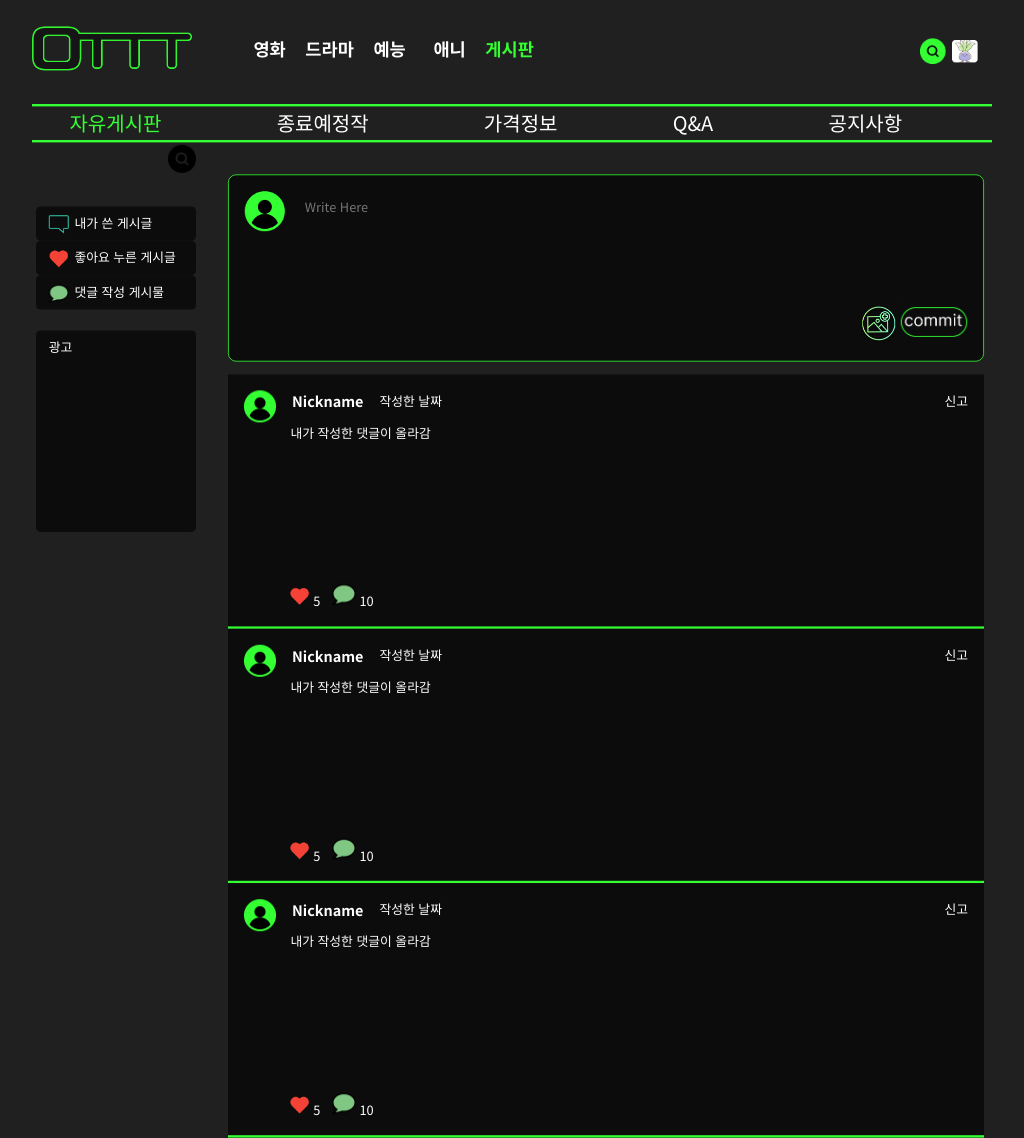
Repository: gahhyun/commnity_make
Page: http://localhost/OTTT/WEB-INF/views/community/freecommunity/community_main.jsp
An editor plug-in stored every save of this project. The page is shown before and after the next save, followed by the edit.
The browser window is 1280 px wide. The pictures show the whole page, at 80% of full size.
The page is served by Tomcat 9. Nobody is signed in. The template is opened directly, without the code that normally fills it, so the values that code supplies are empty.

Above is the page before, as saved 2023-05-04 07:26:53.

After the next save:
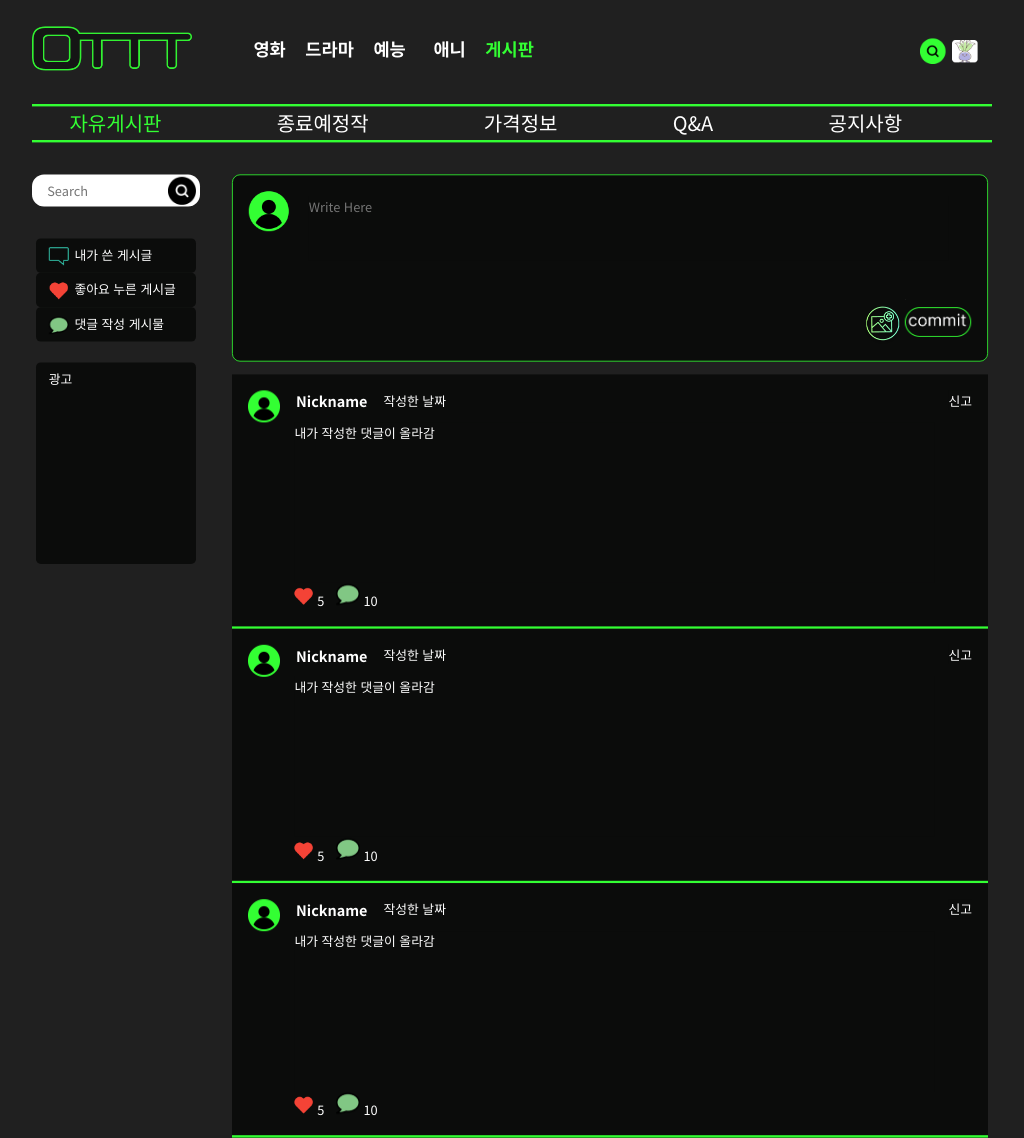
Saved 10 s later.
--- a/OTTT/src/main/webapp/WEB-INF/views/community/freecommunity/community_main.jsp
+++ b/OTTT/src/main/webapp/WEB-INF/views/community/freecommunity/community_main.jsp
@@ -71,7 +71,7 @@
         <div id="line-2">
           <div class="Lcontent">
             <form name="post_search" action="" method="get">
-             <div style="display: flex>
+             <div>
              	<input class="search" type="search" placeholder=" &nbsp;Search">
              </div>
 
